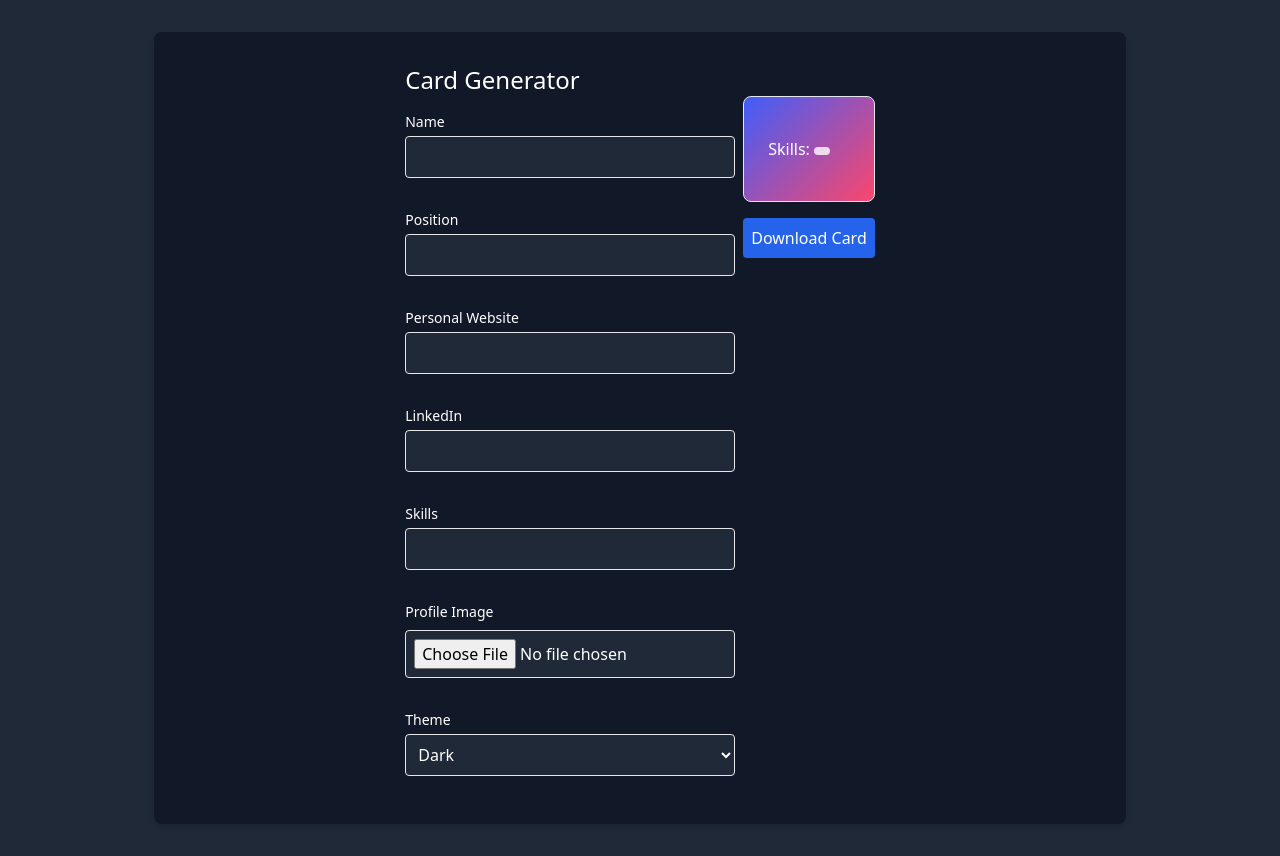
Repository: SmanSayeed/card-generator-react-application
Page: /
An editor plug-in stored every save of this project. The page is shown before and after the next save, followed by the edit.
The browser window is 1280 px wide. The pictures show the whole page.
The project was rebuilt for these pictures with package versions that can differ from the ones it lists, and the page was loaded fresh each time. Also part of the build but not shown: vite.config.js.

Above is the page before, as saved 2024-09-24 16:29:25.

After the next save:
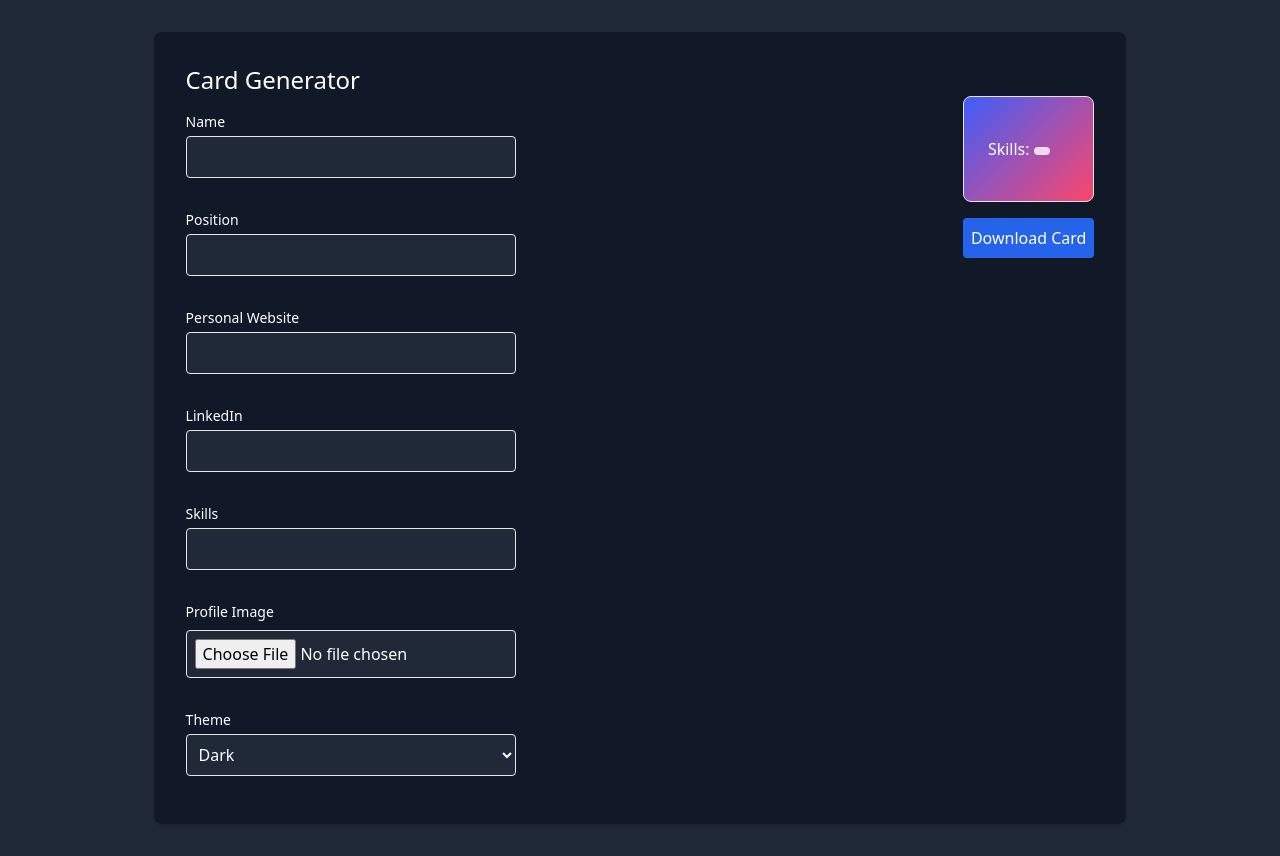
Saved 5 s later.
--- a/src/components/template/CardGenerator.jsx
+++ b/src/components/template/CardGenerator.jsx
@@ -19,7 +19,7 @@ const CardGenerator = () => {
 
   return (
     <div className="max-w-[80%] mx-auto bg-gray-900 text-white p-8 rounded-lg shadow-md">
-      <div className="flex justify-center items-start gap-2">
+      <div className="flex justify-between items-start gap-2">
         <div>
           <h1 className="text-2xl mb-4">Card Generator</h1>
           <CardForm />
